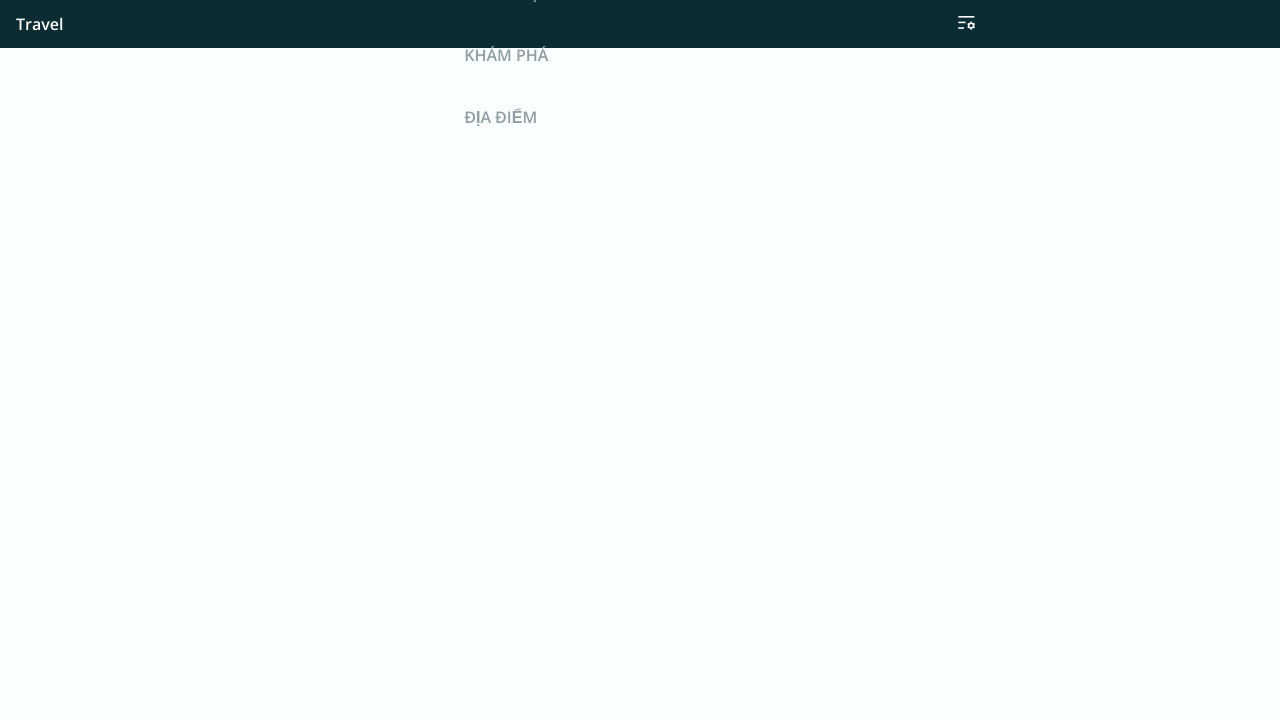
Repository: haokiet2501/travel-demo
Page: index.html
These files come from the project's save history. The page is drawn as it stood at one moment and after a run of saves; the edit follows.
The browser window is 1280 px wide. The pictures show the whole page.

Above is the page before, as saved 2021-09-21 10:30:29.

After the next 2 saves:
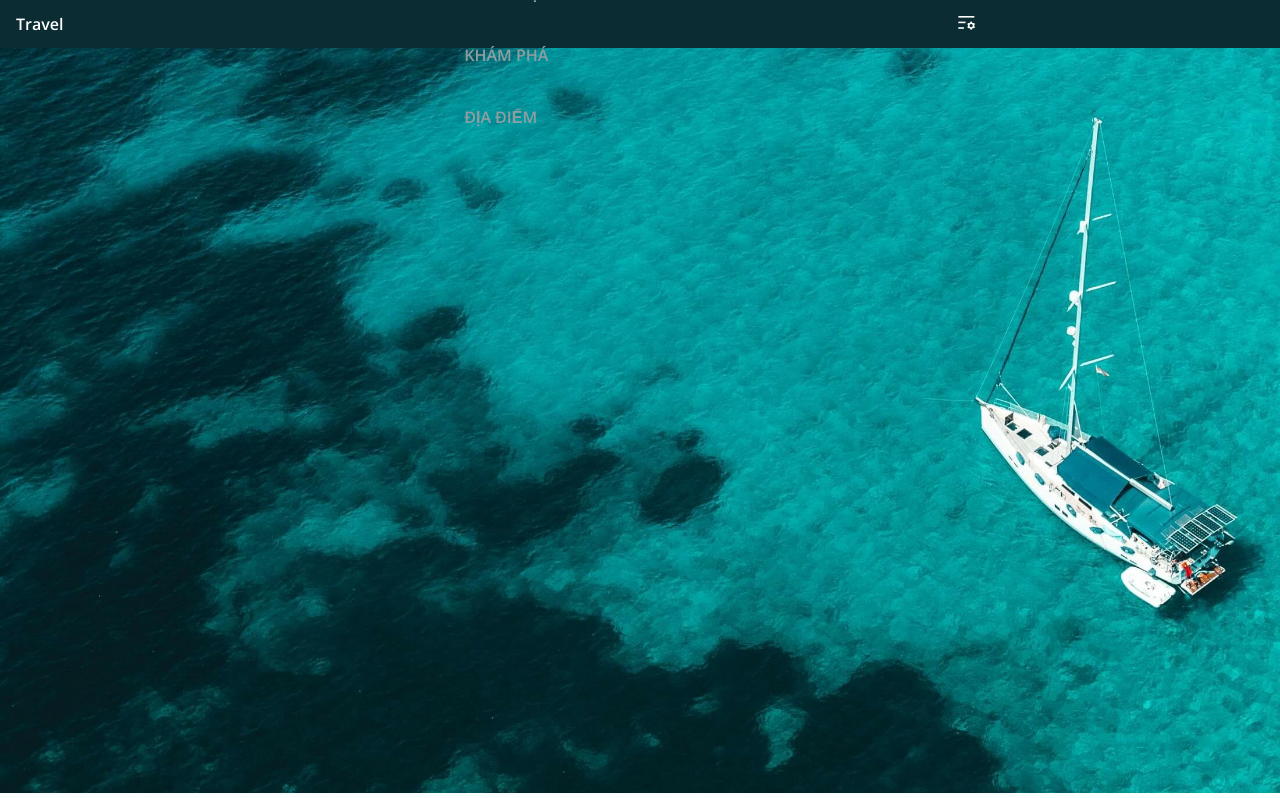
The 2 saves are shown as one change because they came seconds apart.
The last was saved 7 s later.
--- a/index.html
+++ b/index.html
@@ -41,7 +41,7 @@
 
     <main class="main">
         <section class="home" id="home">
-            <img src="" alt="" class="home__img">
+            <img src="assets/img/home1.jpg" alt="" class="home__img">
         </section>
     </main>
 
